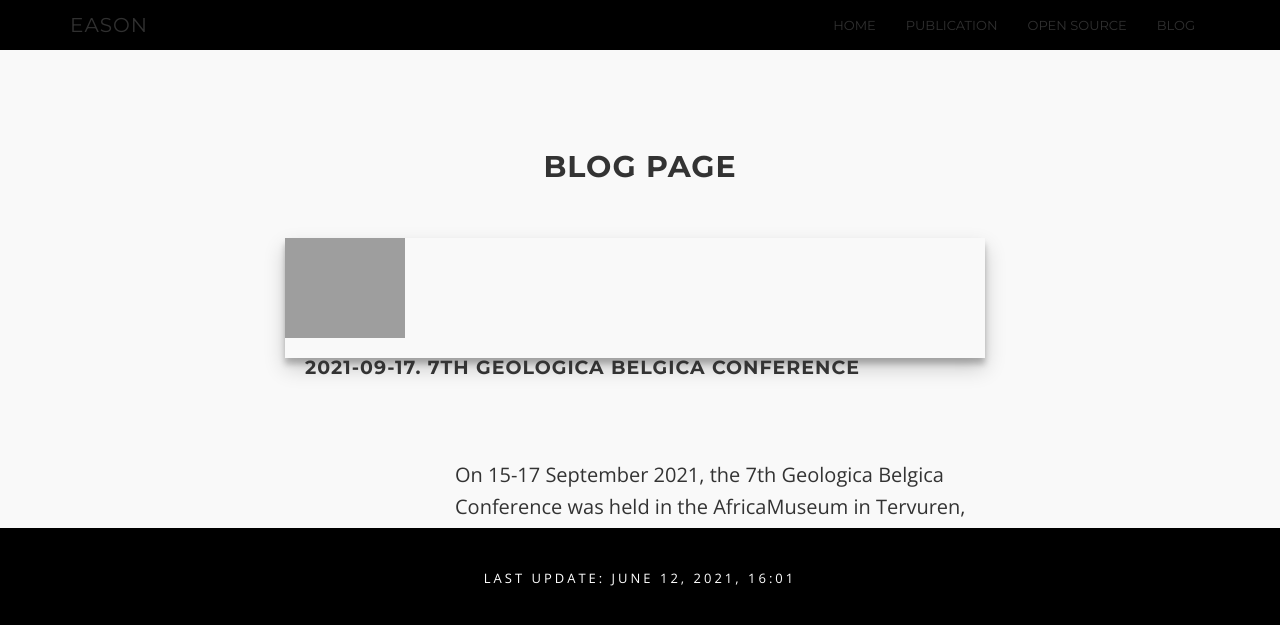
Repository: eazzzon/eazzzon.github.io
Page: blog.html
An editor plug-in stored every save of this project. The page is shown before and after the next save, followed by the edit.
The browser window is 1280 px wide. The pictures show the whole page.
Pictures or frames that could not be fetched are drawn as grey boxes.

Above is the page before, as saved 2021-09-18 13:15:17.

After the next save:
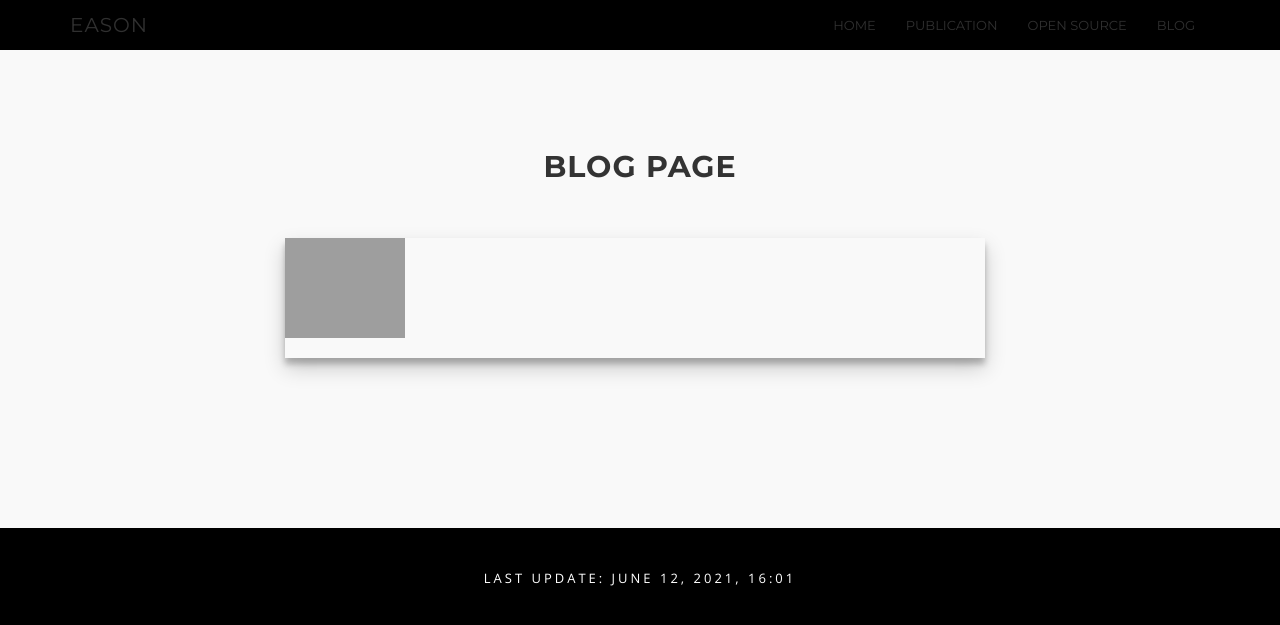
Saved 7 s later.
--- a/css/theme.css
+++ b/css/theme.css
@@ -436,7 +436,7 @@
 
   .box-text {
 	font-size: 19px;
-	padding: 10px;
+	padding: 100px;
   }
 
   .p {

After the save that followed:
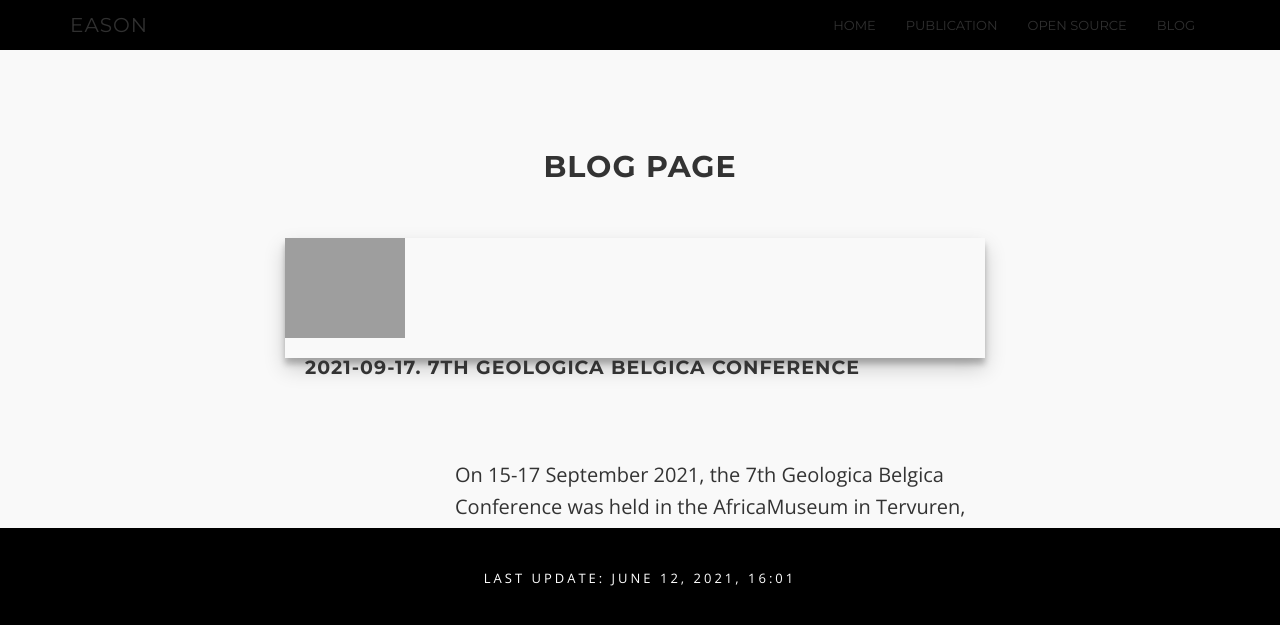
Saved 4 s later.
--- a/css/theme.css
+++ b/css/theme.css
@@ -436,7 +436,7 @@
 
   .box-text {
 	font-size: 19px;
-	padding: 100px;
+	padding: 10px;
   }
 
   .p {
